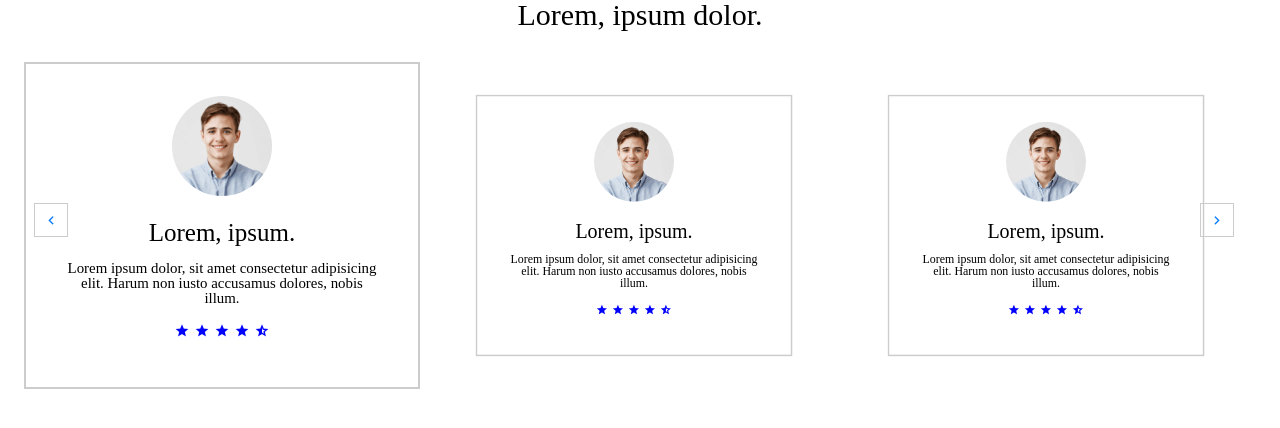
Repository: dinhhaidh/slider-3
Page: index.html
These files come from the project's save history. The page is drawn as it stood at one moment and after the next save; the edit follows.
The browser window is 1280 px wide. The pictures show the whole page.

Above is the page before, as saved 2024-03-24 16:49:15.

### index.html
<!DOCTYPE html>
<html lang="en">
<head>
    <meta charset="UTF-8">
    <meta name="viewport" content="width=device-width, initial-scale=1.0">
    <title>Document</title>
    <link rel="stylesheet" href="https://cdnjs.cloudflare.com/ajax/libs/remixicon/4.2.0/remixicon.min.css">

    <link rel="stylesheet" href="./css/swiper-bundle.min.css">

    <link rel="stylesheet" href="./css/style.css">

</head>
<body>
    <div class="new">
        <h3 class="new__title">
            Lorem, ipsum dolor.
        </h3>

        <div class="new__container container">
            <div class="new__swiper swiper">
                <div  class="swiper-wrapper">
                    <article class="new__card new__article swiper-slide">
                        <img src="./img1.png" alt="" class="new__img">
                        <h3 class="new__subtitle">
                            Lorem, ipsum.
                        </h3>
                        <p class="new__description">
                            Lorem ipsum dolor, sit amet consectetur adipisicing elit. Harum non iusto accusamus dolores, nobis illum.
                        </p>
                        <div class="new__stars">
                            <i class="ri-star-s-fill"></i>
                            <i class="ri-star-s-fill"></i>
                            <i class="ri-star-s-fill"></i>
                            <i class="ri-star-s-fill"></i>
                            <i class="ri-star-half-s-line"></i>
                        </div>
                    </article>

                    <article class="new__card new__article swiper-slide">
                        <img src="./img1.png" alt="" class="new__img">
                        <h3 class="new__subtitle">
                            Lorem, ipsum.
                        </h3>
                        <p class="new__description">
                            Lorem ipsum dolor, sit amet consectetur adipisicing elit. Harum non iusto accusamus dolores, nobis illum.
                        </p>
                        <div class="new__stars">
                            <i class="ri-star-s-fill"></i>
                            <i class="ri-star-s-fill"></i>
                            <i class="ri-star-s-fill"></i>
                            <i class="ri-star-s-fill"></i>
                            <i class="ri-star-half-s-line"></i>
                        </div>
                    </article>

                    <article class="new__card new__article swiper-slide">
                        <img src="./img1.png" alt="" class="new__img">
                        <h3 class="new__subtitle">
                            Lorem, ipsum.
                        </h3>
                        <p class="new__description">
                            Lorem ipsum dolor, sit amet consectetur adipisicing elit. Harum non iusto accusamus dolores, nobis illum.
                        </p>
                        <div class="new__stars">
                            <i class="ri-star-s-fill"></i>
                            <i class="ri-star-s-fill"></i>
                            <i class="ri-star-s-fill"></i>
                            <i class="ri-star-s-fill"></i>
                            <i class="ri-star-half-s-line"></i>
                        </div>
                    </article>
                </div>

                <!-- If we need navigation buttons -->
                <div class="swiper-button-prev">
                    <i class="ri-arrow-left-s-line"></i>
                </div>
                <div class="swiper-button-next">
                    <i class="ri-arrow-right-s-line"></i>
                </div>
            </div>

        </div>
    </div>

    <script src="./js/swiper-bundle.min.js"></script>
    <script src="./js/app.js"></script>
</body>
</html>

### css/style.css
*,
*:before,
*:after {
  box-sizing: border-box;
}
* {
  margin: 0;
  padding: 0;
  font: inherit;
}
img,
picture,
svg,
video {
  display: block;
  max-width: 100%;
}
input,
select,
textarea {
  background-color: transparent;
  outline: none;
}
button {
  cursor: pointer;
  background-color: transparent;
  outline: none;
  border: 0;
}
body {
  min-height: 100vh;
  font-weight: 400;
  font-size: 16px;
  line-height: 1;
}

.container{
  max-width: 1220px;
  Margin-inline: 1.5rem;
}


.new__title{
  font-size: 30px;
  margin-bottom: 2rem;
  text-align: center;
}

.new__card{
  scale: .8;
}
.new .swiper-slide-active, .new .swiper-slide-duplicate-active {
  scale: 1;
}

.new__article{
  padding: 2rem 2.5rem 3rem;
  text-align: center;
  border: 2px solid #ccc;
}
.new__img{
  width: 100px;
  border-radius: 50%;
  margin: 0 auto 1.5rem;
}
.new__subtitle{
  margin-bottom: 1rem;
  font-size: 25px;
}
.new__description{
  font-size: 0.93rem;
  margin-bottom: 1rem;
}
.new__stars{
  color: blue;
}

.swiper-button-next::after,
.swiper-button-prev::after{
  content: '';
}
.swiper-button-next,
.swiper-button-prev{
  width: initial;
  height: initial;
  border: 1px solid #ccc;
  padding: 0.5rem;
}

@media screen and (min-width: 450px) {
  .new__article{
    width: 320px;
  }
}
@media screen and (min-width: 1023px){
  .container{
    marg
  }
}

### js/app.js

let swiperNew = new Swiper('.new__swiper', {
    loop: true,
    spaceBetween: 16,
    slidesPerView: 'auto',
    centeredSlides: true,


     // Navigation arrows
    navigation: {
        nextEl: '.swiper-button-next',
        prevEl: '.swiper-button-prev',
    },

    breakpoints: {
        1150: {
            slidesPerView: 3,
            centeredSlides: false,
        }
    }
});

Loaded but not shown: css/swiper-bundle.min.css (library); js/swiper-bundle.min.js (library)

After the next save:
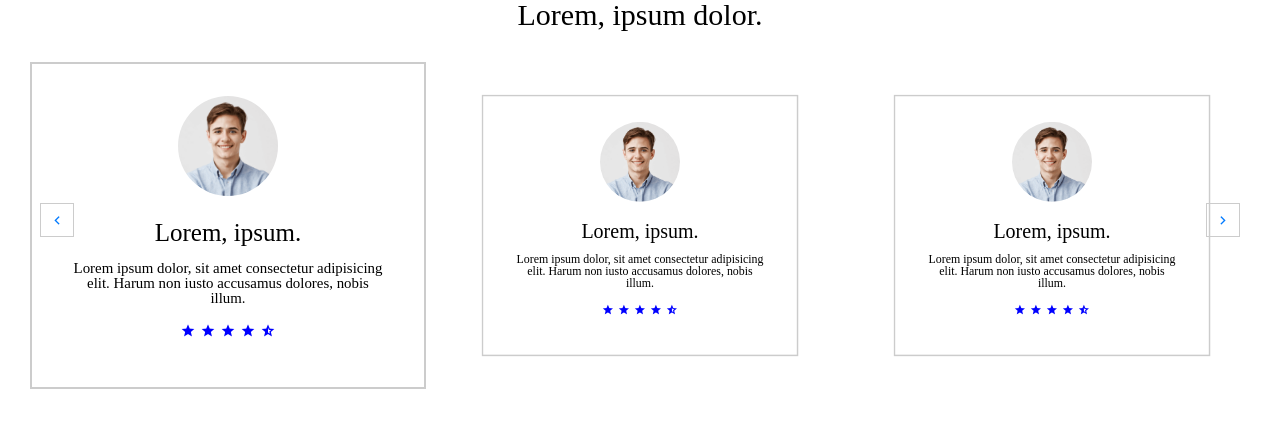
Saved 26 s later.
--- a/css/style.css
+++ b/css/style.css
@@ -94,6 +94,6 @@ body {
 }
 @media screen and (min-width: 1023px){
   .container{
-    marg
+    margin-inline: auto;
   }
 }
